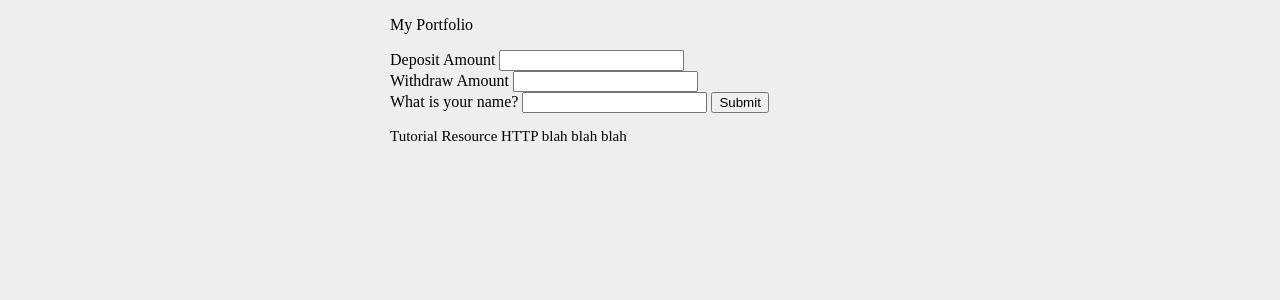
Repository: WillLiang918/Portfolio
Page: http://localhost/Task_Manager/portfolio.jsp
These files come from the project's save history. The page is drawn as it stood at one moment and after the next save; the edit follows.
The browser window is 1280 px wide. The pictures show the whole page.
The page is served by Tomcat 9.

Above is the page before, as saved 2015-07-23 21:54:07.

After the next save:
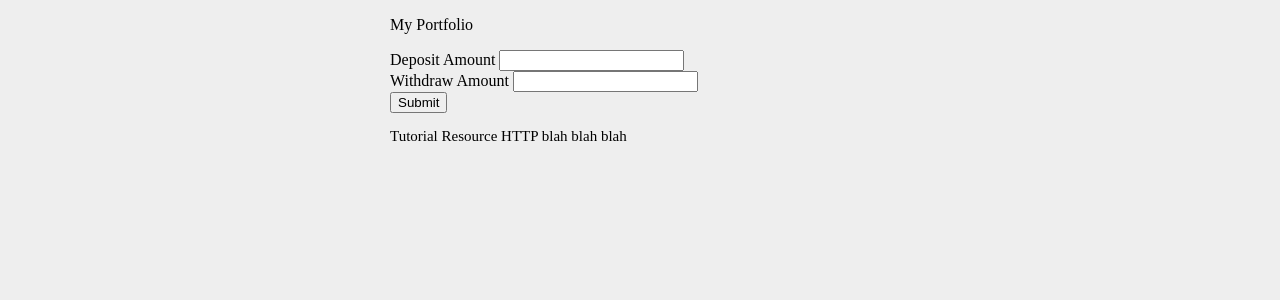
Saved 24 s later.
--- a/Task_Manager/WebContent/portfolio.jsp
+++ b/Task_Manager/WebContent/portfolio.jsp
@@ -17,8 +17,6 @@
 		<label for="withdrawAmt">Withdraw Amount</label>
 		<input type="text" id="withdrawAmt" name="withdrawAmt" />
 		<br/>
-		<label for="username">What is your name?</label>
-		<input type="text" id="username" name="username" />
 		<input type="submit" />
 	</form>
 	<p id="displayName" />
